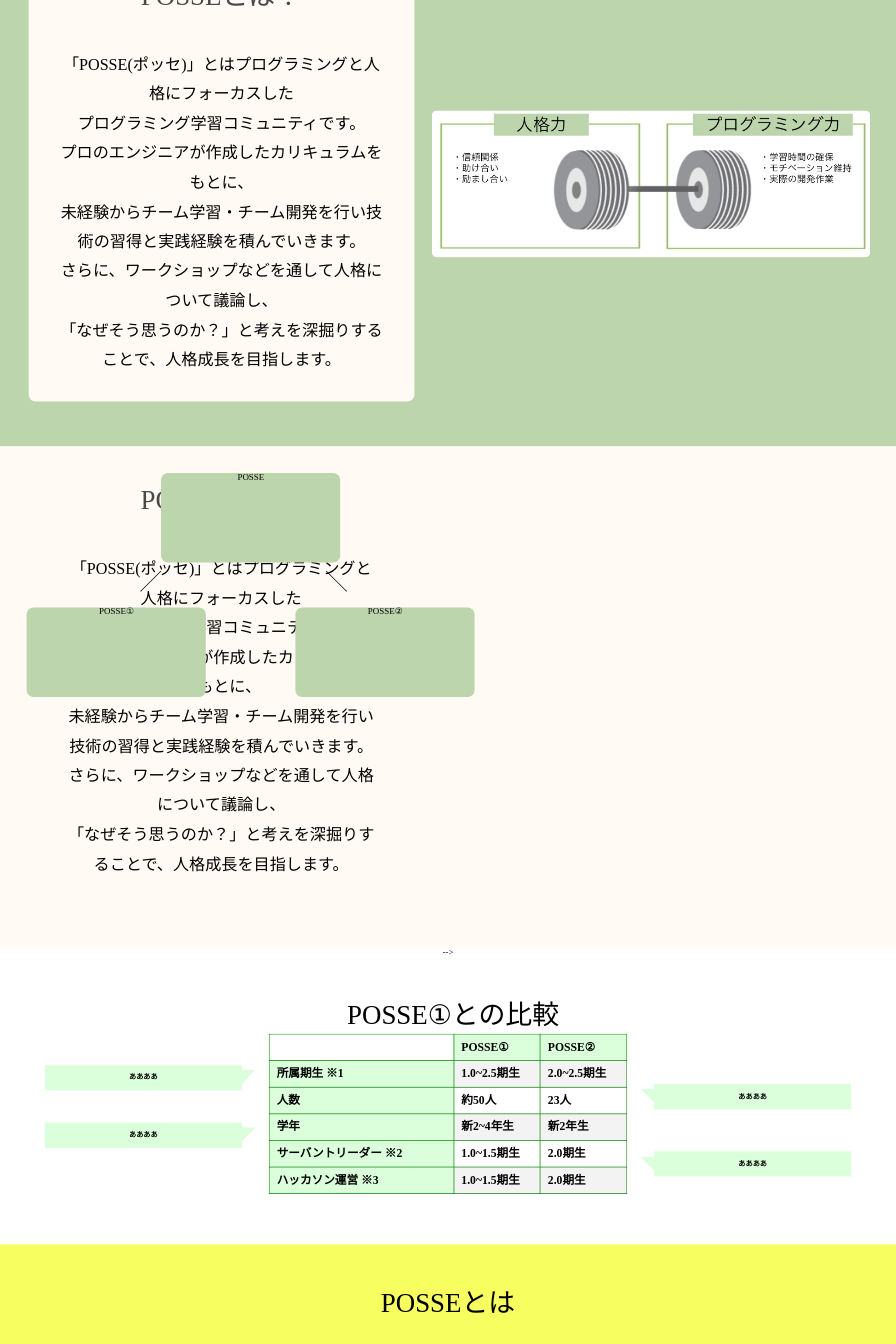
Repository: posse-ap/posse2-hackathon-202202-team2A
Page: topPage/index.html
These files come from the project's save history. The page is drawn as it stood at one moment and after the next save; the edit follows.
The browser window is 1280 px wide. The pictures show the part of the page from y = 2454 to 4374 px (the page is 6834 px tall), at 70% of full size.
Some web libraries are served in a nearby version.

Above is the page before, as saved 2022-02-15 15:25:50.
Console error (its wording comes from the project's code and is left out).

### topPage/index.html
<!DOCTYPE html>
<html lang="en">

<head>
    <meta charset="UTF-8" />
    <meta http-equiv="X-UA-Compatible" content="IE=edge" />
    <meta name="viewport" content="width=device-width, initial-scale=1.0" />
    <title>Document</title>
    <link rel="stylesheet" href="/reset.css" />
    <link rel="stylesheet" href="/topPage/style.css" />
</head>

<body>
    <header id="header" class="header">
        <div class="header_content">
            <div class="header_title">
                <img src="/topPage images/S__31211608.jpg" alt="" class="header_title_img">
            </div>
            <!-- ①サイトタイトル -->
            <div class="nav-wrapper header_links">
                <!-- ②ナビゲーションメニュー -->
                <nav class="header-nav">
                    <ul class="nav-list">
                        <li class="nav-item">
                            <a href="/topPage/index.html">トップ</a>
                        </li>
                        <li class="nav-item">
                            <a href="/stepPage/index.html">歩み</a>
                        </li>
                        <li class="nav-item">
                            <a href="/productionPage/index.html">制作物</a>
                        </li>
                        <li class="nav-item">
                            <a href="/freePage/index.html">インタビュー</a>
                        </li>
                    </ul>
                </nav>
            </div>
            <button class="burger-btn">
                <!-- ③ハンバーガーボタン -->
                <span class="bar bar_top"></span>
                <span class="bar bar_mid"></span>
                <span class="bar bar_bottom"></span>
            </button>
        </div>
    </header>

    <!-- TOP  -->
    <section class="top_section">
        <div class="top_image">
            <img src="/topPage images/test.jpg" alt="">
        </div>
        <div class="top_content">
            <h1 class="top_headline">作り上げる喜びをともに。</h1>
            <img class="top_logo" src="/topPage images/logo.PNG" alt="">
        </div>
    </section>
    <!-- <div class="slider"></div> -->

    <section class="intro_section">
        <div class="relative box">
            <img src="/topPage images/85003034_163x291.png" alt="" class="top_img">
            <div class="intro_section_introduction box2">
                <h2>これからPOSSE生活を送る大学一・二年生へ</h2>
            <p>POSSE入学おめでとう！</p>
            <p>コロナ禍でも充実した学生生活が送れるかな…<br>
                本音で語り合える仲間がほしい<br>
                プログラミングの学習に挫折しないか不安…<br>
                </p>
            <p>など、新しいコミュニティに入る不安いっぱいだと思います。<br>
                だからこそ、POSSE②に入ってほしい！！！！
                </p>
            <p>POSSE②は2021年に<br class="br">大学一年生を中心に立ち上げられた<br>POSSE内の新しいコミュニティです</p>
            <p> POSSE②には<br class="br">プログラミングの勉強も<br class="br">コミュニティ運営も<br>頑張りたい仲間がそろっています。</p>
            <p>運営経験豊富で、意欲がある、距離が近く親身に相談できる上級生のもとで<br>プログラミングを学んでみませんか。</p>
            </div>
            <div class="line-add-container">
                <a class="btn btn-c btn--limegreen btn--cubic" href="https://docs.google.com/forms/d/1ORyh9wI3Cvl8ZOhT9qvZ0fhUsKa84D5LCKIpqRM9Kww/edit?usp=sharing">"POSSE②希望フォームは"<span>こちら</span></a>
                </div>
        </div>

        <!-- <div class="scroll scroll2"></div>
        <p class="section_question">そもそもPOSSEって何?</p>
    </section> -->


    <!-- ABOUT    -->
    <section class="about_section">
        <div class="about_flex">
            <div class="about_image">
                <img src="/topPage images/両輪.png" alt="">
            </div>
            <div class="about_content">
                <h1>POSSEとは？</h1>
                <p>「POSSE(ポッセ)」とはプログラミングと人格にフォーカスした<br>プログラミング学習コミュニティです。<br>
                    プロのエンジニアが作成したカリキュラムをもとに、<br>未経験からチーム学習・チーム開発を行い技術の習得と実践経験を積んでいきます。<br>
                    さらに、ワークショップなどを通して人格について議論し、<br>「なぜそう思うのか？」と考えを深掘りすることで、人格成長を目指します。
                </p>
            </div>
        </div>

    </section>

    <section class="split_section">
        <div class="split_section_content1">
            <div>POSSE</div>
            <div>POSSE①</div>
            <div>POSSE②</div>
            <nav class="stick_arrow1"></nav>
            <nav class="stick_arrow2"></nav>
        </div>
        <!-- <div class="balloon3-right-btm">
            POINT
        </div> -->
        <div class="split_section_content2">
            <div class="about_content">
                <h1>POSSEとは？</h1>
                <p>「POSSE(ポッセ)」とはプログラミングと人格にフォーカスした<br>プログラミング学習コミュニティです。<br>
                    プロのエンジニアが作成したカリキュラムをもとに、<br>未経験からチーム学習・チーム開発を行い技術の習得と実践経験を積んでいきます。<br>
                    さらに、ワークショップなどを通して人格について議論し、<br>「なぜそう思うのか？」と考えを深掘りすることで、人格成長を目指します。
                </p>
            </div>
        </div>
    </section> -->

    <!-- COMPARE  -->
    <section class="compare_section">
        <div class="compare_data">
            <h1 class="compare_title">POSSE①との比較</h1>
            <div class="compare_box1">ああああ</div>
            <div class="compare_box2">ああああ</div>
            <div class="compare_box3">ああああ</div>
            <div class="compare_box4">ああああ</div>
            <table class="compare_table">
                <tr>
                    <td></td>
                    <th>POSSE①</th>
                    <th>POSSE②</th>
                </tr>
                <tr>
                    <th>所属期生 ※1</th>
                    <td>1.0~2.5期生</td>
                    <td>2.0~2.5期生</td>
                </tr>
                <tr>
                    <th>人数</th>
                    <td>約50人</td>
                    <td>23人</td>
                </tr>
                <tr>
                    <th>学年</th>
                    <td>新2~4年生</td>
                    <td>新2年生</td>
                </tr>
                <tr>
                    <th>サーバントリーダー ※2</th>
                    <td>1.0~1.5期生</td>
                    <td>2.0期生</td>
                </tr>
                <tr>
                    <th>ハッカソン運営 ※3</th>
                    <td>1.0~1.5期生</td>
                    <td>2.0期生</td>
                </tr>
            </table>
        </div>
    </section>


        <section class="section3">
            <h2>POSSEとは</h2>
            <p>常に挑戦し続ける私たちのことを<br>
                より深く知ってもらうために。</p>
            <div class="section3_cards">
                <div class="section3_card">
                    <img src="/topPage images/S__31211608.jpg" alt="">
                    <h3>歩み</h3>
                </div>
                <div class="section3_card">
                    <img src="/topPage images/S__31211608.jpg" alt="">
                    <h3>制作物</h3>
                </div>
                <div class="section3_card">
                    <img src="/topPage images/S__31211608.jpg" alt="">
                    <h3>インタビュー</h3>
                </div>
            </div>
        </section>

        <!-- <section class="intro_section">
            <div class="relative box">
                <img src="/topPage images/85003034_163x291.png" alt="" class="top_img">
                <div class="intro_section_introduction box2">
                    <h2>これからPOSSE生活を送る大学一・二年生へ</h2>
                <p>POSSE入学おめでとう！</p>
                <p>コロナ禍でも充実した学生生活が送れるかな…<br>
                    本音で語り合える仲間がほしい<br>
                    プログラミングの学習に挫折しないか不安…<br>
                    </p>
                <p>など、新しいコミュニティに入る不安いっぱいだと思います。<br>
                    だからこそ、POSSE②に入ってほしい！！！！
                    </p>
                <p>POSSE②は2021年に<br class="br">大学一年生を中心に立ち上げられた<br>POSSE内の新しいコミュニティです</p>
                <p> POSSE②には<br class="br">プログラミングの勉強も<br class="br">コミュニティ運営も<br>頑張りたい仲間がそろっています。</p>
                <p>運営経験豊富で、意欲がある、距離が近く親身に相談できる上級生のもとで<br>プログラミングを学んでみませんか。</p>
                </div>
                <div class="line-add-container">
                    <a class="btn btn-c btn--limegreen btn--cubic" href="https://docs.google.com/forms/d/1ORyh9wI3Cvl8ZOhT9qvZ0fhUsKa84D5LCKIpqRM9Kww/edit?usp=sharing">"POSSE②希望フォームは"<span>こちら</span></a>
                    </div>
            </div>
    -->

        <section class="section5">
            <h2>よくある質問にクイズ形式で答えるよ</h2>
            <div id="section_quiz">
            </div>
            <div>
                <p> 上記のようなクイズならPOSSE入学後2ヶ月以内には作れるようになるよ！！！</p>
            </div>
        </section>



    <footer class="footer">
        <div class='footer_box'>
            <div class="footer_box1">
                <div class='footer_official_box'>
                    <label for="logo"><p>POSSE</p></label>
                    <!-- <a id='logo'  href="https://posse.anti-pattern.co.jp/"><img class='posse_logo_footer' src="img\posseLogo.png" alt="ポッセロゴ"></a> -->
                </div>
                <div class='footer_other_box'>
                    <div class='footer_page_in_site'>
                        <a href="/topPage/index.html">トップ</a>
                        <a href="/stepPage/index.html">歩み</a>
                        <a href="/productionPage/index.html">制作物</a>
                        <a href="/freePage/index.html">インタビュー</a>
                    </div>
                </div>
            </div>
            <div class='SNS'>
                <p>各種ＳＮＳ</p>
                <div class='SNS_box'>
                    <a href=""><img src="/topPage images/LINE.png" alt=""></a>
                    <a href="https://instagram.com/posse_programming?utm_medium=copy_link"><img src="/topPage images/instagram2.png" alt="instagram"></a>
                    <a href="https://twitter.com/posse_program?s=20"><img src="/topPage images/twitter2.png" alt="twitter"></a>
                </div>
            </div>
        </div>
    </footer>

    <script src="//ajax.googleapis.com/ajax/libs/jquery/1.10.2/jquery.min.js"></script>
    <script src="https://cdnjs.cloudflare.com/ajax/libs/gsap/2.1.3/TweenMax.min.js"></script>
    <script src="https://cdnjs.cloudflare.com/ajax/libs/gsap/2.1.3/TimelineMax.min.js"></script>
    <script src="https://ajax.googleapis.com/ajax/libs/jquery/3.6.0/jquery.min.js"></script>
    <script src="/topPage/script.js"></script>
</body>

</html>

Loaded but not shown: reset.css (common file); topPage/script.js (109 lines, source omitted); topPage/style.css (1943 lines, source omitted)

After the next save:
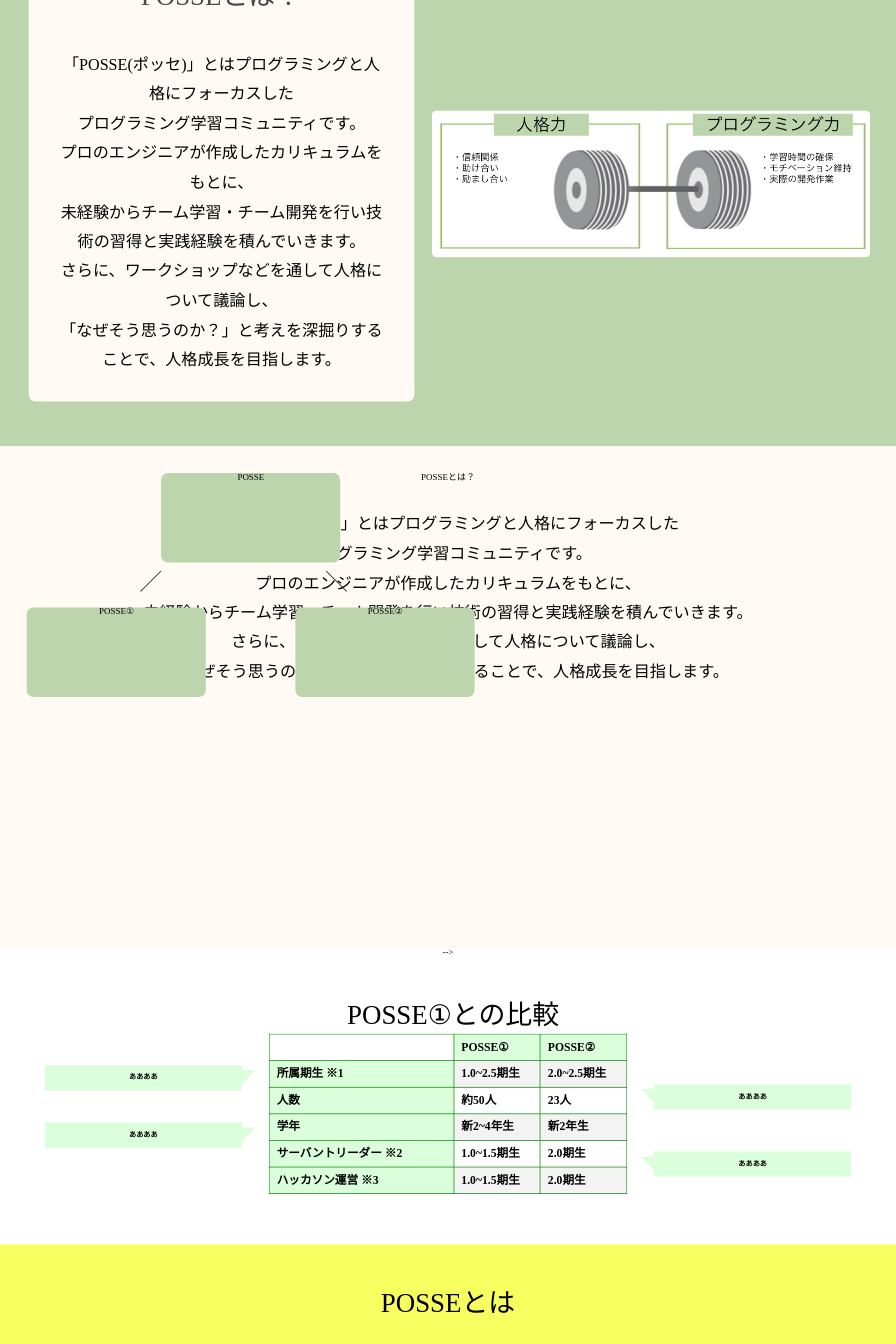
Saved 11 s later.
--- a/topPage/index.html
+++ b/topPage/index.html
@@ -113,7 +113,7 @@
             POINT
         </div> -->
         <div class="split_section_content2">
-            <div class="about_content">
+            <div class="split_content">
                 <h1>POSSEとは？</h1>
                 <p>「POSSE(ポッセ)」とはプログラミングと人格にフォーカスした<br>プログラミング学習コミュニティです。<br>
                     プロのエンジニアが作成したカリキュラムをもとに、<br>未経験からチーム学習・チーム開発を行い技術の習得と実践経験を積んでいきます。<br>
